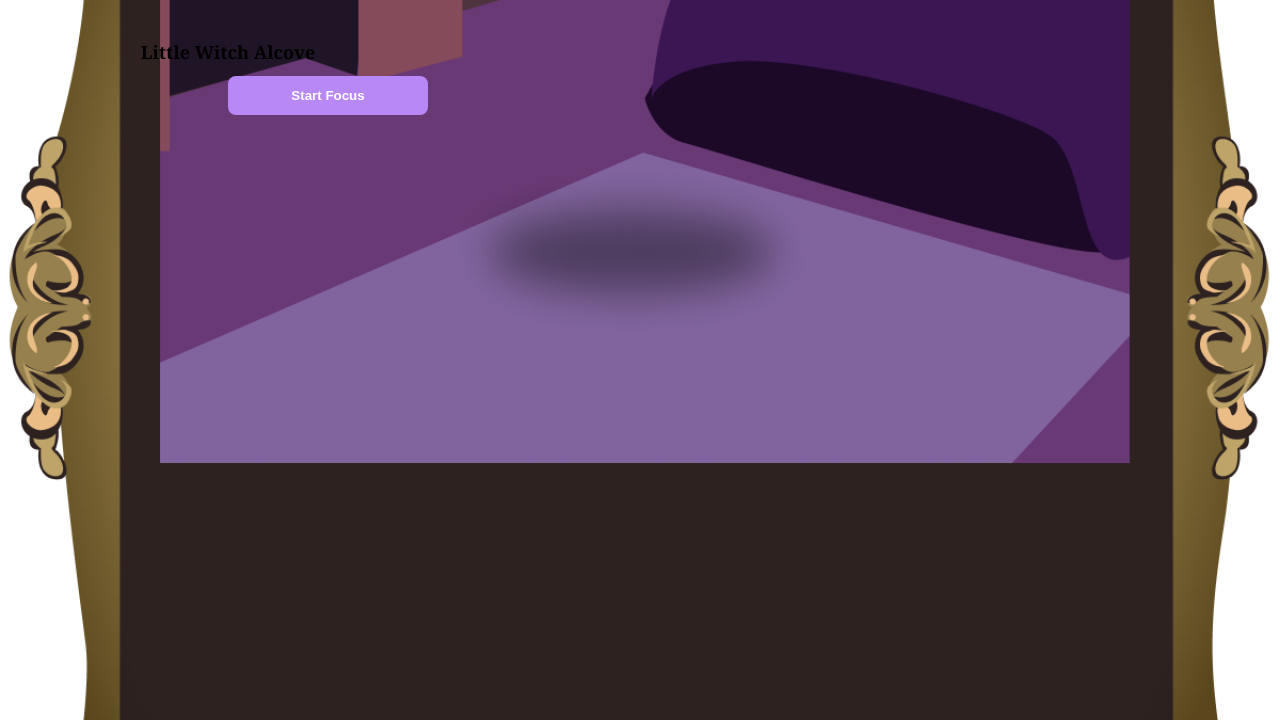
Repository: zhangolivia7/Little-Witch-Alcove
Page: popup.html
An editor plug-in stored every save of this project. The page is shown before and after the next save, followed by the edit.
The browser window is 1280 px wide. The pictures show the whole page.

Above is the page before, as saved 2025-11-15 15:34:25.

After the next save:
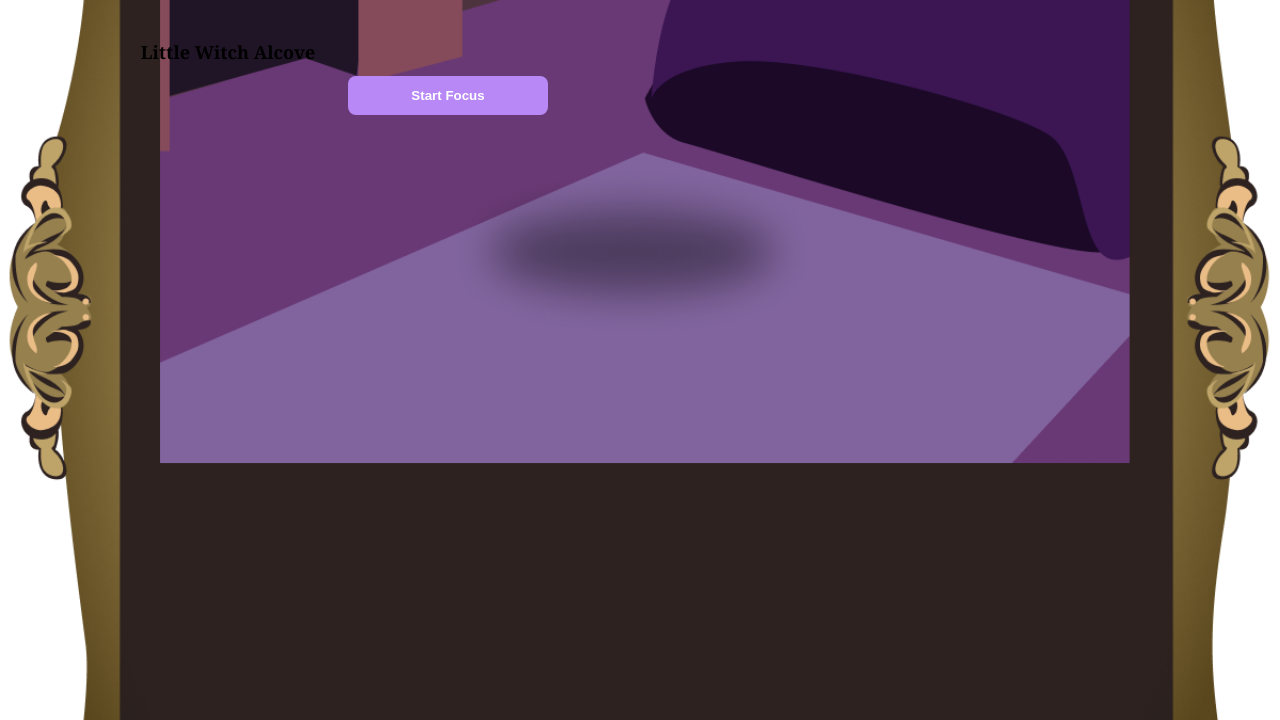
Saved 20 s later.
--- a/popup.css
+++ b/popup.css
@@ -14,7 +14,7 @@ body {
 
   #focus-btn {
     width: 50%;
-    margin-left: 50%;
+    margin-left: 80%;
     padding: 12px;
     border-radius: 8px;
     background: #b889f6;
